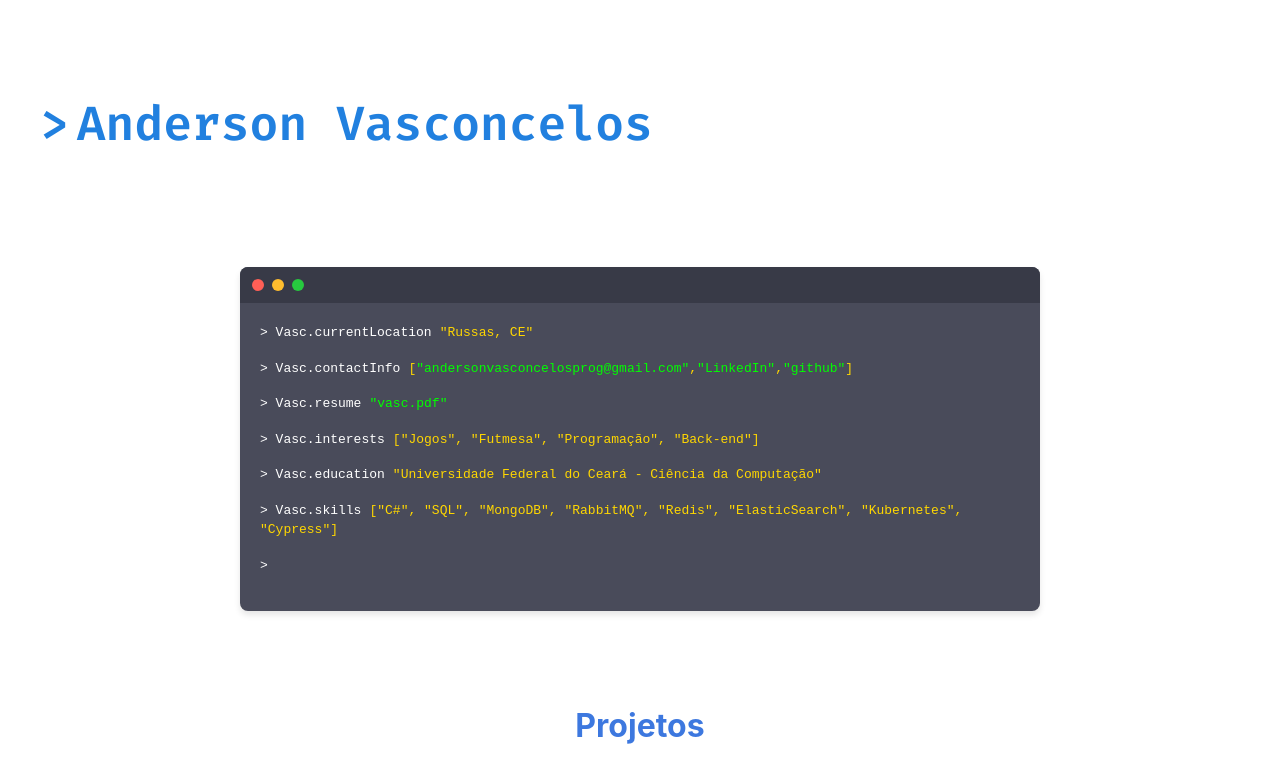
Repository: vascsx/portfolio_vascsx
Page: /
The author's editor kept a copy of each file at every save. The page is drawn from the files as they stood at one save, then again after the next save.
The browser window is 1280 px wide. The pictures show the part of the page from y = 0 to 773 px (the page is 2220 px tall before and 2201 px after).
Pictures or frames that could not be fetched are drawn as grey boxes. The project was rebuilt for these pictures with package versions that can differ from the ones it lists, and the page was loaded fresh each time.

Above is the page before, as saved 2025-03-15 15:35:34.

### src/App.tsx
import Home from './components/Home';
import Resume from './components/Resume';
import Projects from './components/Projects';
import Contact from './components/Contact';
function App() {
  return (
    <div>
     <Resume />
      <Home />
      <Projects />
      <Contact/>
    </div>
  );
}

export default App;

### src/components/Home.tsx
import React from 'react';
import './Home.css';

const Home: React.FC = () => {
  return (
    <div className="terminal">
      <div className="terminal-header">
        <div className="dots">
          <div className="dot dot-red"></div>
          <div className="dot dot-yellow"></div>
          <div className="dot dot-green"></div>
        </div>
      </div>
      <div className="terminal-content">
        <div className="command-line">
          <span className="prompt">&gt; Vasc.currentLocation</span>
          <span className="output">"Russas, CE"</span>
        </div>
        <div className="command-line">
          <span className="prompt">&gt; Vasc.contactInfo</span>
          <span className="output">
            [
              <a href="mailto:andersonvasconcelosprog@gmail.com">"andersonvasconcelosprog@gmail.com"</a>,
              <a href="https://www.linkedin.com/in/andersonvasconcelos17/" target="_blank" rel="noopener noreferrer">"LinkedIn"</a>,
              <a href="https://github.com/vascsx" target="_blank" rel="noopener noreferrer">"github"</a>
            ]
          </span>
        </div>
        <div className="command-line">
          <span className="prompt">&gt; Vasc.resume</span>
          <span className="output">
            <a href="/path/to/vasc.pdf" target="_blank" rel="noopener noreferrer">"vasc.pdf"</a>
          </span>
        </div>
        <div className="command-line">
          <span className="prompt">&gt; Vasc.interests</span>
          <span className="output">["Jogos", "Futmesa", "Programação", "Back-end"]</span>
        </div>
        <div className="command-line">
          <span className="prompt">&gt; Vasc.education</span>
          <span className="output">"Universidade Federal do Ceará - Ciência da Computação"</span>
        </div>
        <div className="command-line">
          <span className="prompt">&gt; Vasc.skills</span>
          <span className="output">["C#", "SQL", "MongoDB", "RabbitMQ", "Redis", "ElasticSearch", "Kubernetes", "Cypress"]</span>
        </div>
        <div className="command-line">
          <span className="prompt-animation">&gt;</span>
        </div>
      </div>
    </div>
  );
};

export default Home;

### src/components/Resume.tsx
import React, { useEffect, useState } from 'react';
import { Link } from 'react-scroll';
import './Resume.css';

const Resume: React.FC = () => {
  const [text, setText] = useState('');
  const fullText = 'Annderson Vasconcelos';

  useEffect(() => {
    let index = 0;
    const interval = setInterval(() => {
      if (index < fullText.length) {
        setText((prev) => prev + fullText.charAt(index));
        index += 1;
      } else {
        clearInterval(interval);
      }
    }, 100);

    return () => clearInterval(interval);
  }, []);

  return (
    <div className="resume">
      <div className="resume-header">
        <h1 className="title">
          <span className="prompt-icon">&gt;</span>
          <span>{text}</span>
        </h1>
      </div>
    </div>
  );
};

export default Resume;

### src/components/Projects.tsx
import React from 'react';
import './Projects.css';
import { ReactComponent as GitHubIcon } from '../assets/images/github-svgrepo-com.svg';

interface Project {
  id: number;
  title: string;
  technologies: string[];
  sourceCode: string;
  githubRepo: string;
  videoUrl: string;
}

const projectsData: Project[] = [
  {
    id: 1,
    title: "Portfolio Vasc",
    technologies: ["Cypress", "TypeScript"],
    sourceCode: "https://github.com/username/vascsx",
    githubRepo: "https://github.com/username/vascsx",
    videoUrl: "https://www.youtube.com/embed/dQw4w9WgXcQ"
  },
  {
    id: 2,
    title: "Login",
    technologies: ["Cypress", "TypeScript"],
    sourceCode: "https://github.com/username/vascsx",
    githubRepo: "https://github.com/username/vascsx",
    videoUrl: "https://www.youtube.com/embed/dQw4w9WgXcQ"
  },
  {
    id: 3,
    title: "API Rest",
    technologies: ["Cypress", "TypeScript"],
    sourceCode: "https://github.com/username/vascsx",
    githubRepo: "https://github.com/username/vascsx",
    videoUrl: "https://www.youtube.com/embed/dQw4w9WgXcQ"
  }
];

const ProjectCard: React.FC<{ project: Project }> = ({ project }) => {
  return (
    <div className="project-card" id="projects">
      <div className="project-info">
        <h3>{project.title}</h3>
        <p>Descrição do projeto aqui.</p>
        <div className="tech-stack">
          {project.technologies.map((tech) => (
            <span key={tech} className="tech-tag">
              {tech}
            </span>
          ))}
        </div>
        <div className="project-buttons">
          <a
            href={project.sourceCode}
            className="btn-source"
            target="_blank"
            rel="noopener noreferrer"
          >
            Web
          </a>
          <a
            href={project.githubRepo}
            className="btn-github"
            target="_blank"
            rel="noopener noreferrer"
          >
            <GitHubIcon className="github-icon" />
          </a>
        </div>
      </div>
      <div className="project-video">
        <iframe
          src={project.videoUrl}
          title={project.title}
          frameBorder="0"
          allowFullScreen
        ></iframe>
      </div>
    </div>
  );
};

const Projects: React.FC = () => {
  return (
    <section className="projects">
      <h2>Projetos</h2>
      <div className="projects-grid">
        {projectsData.map((project) => (
          <ProjectCard key={project.id} project={project} />
        ))}
      </div>
    </section>
  );
};

export default Projects;

### src/components/Contact.tsx
import React from 'react';
import githubIcon from '../assets/images/github-svgrepo-com.svg';
import linkedinIcon from '../assets/images/linkedin-svgrepo-com.svg';
import './Contact.css';

const Contact: React.FC = () => {
  return (
    <div className="contact">
      <h2>Contatos</h2>
      <div className="icons">
        <a href="https://github.com/vascsx" target="_blank" rel="noopener noreferrer">
          <img src={githubIcon} alt="ícone do github" className="icon" />
        </a>
        <a href="https://www.linkedin.com/in/andersonvasconcelos17" target="_blank" rel="noopener noreferrer">
          <img src={linkedinIcon} alt="ícone do linkedin" className="icon" />
        </a>
      </div>
      <footer className="footer">
        <p>&copy; 2025 Todos os direitos reservados</p>
      </footer>
    </div>
  );
};

export default Contact;

### src/components/Home.css
.terminal {
  background-color: #494b5a;
  border-radius: 8px;
  width: 800px;
  margin: 20px auto;
  font-family: monospace;
  box-shadow: 0 4px 6px rgba(0, 0, 0, 0.1);
}

.terminal-header {
  background-color: #383a47;
  padding: 12px;
  border-top-left-radius: 8px;
  border-top-right-radius: 8px;
}

.dots {
  display: flex;
  gap: 8px;
}

.dot {
  width: 12px;
  height: 12px;
  border-radius: 50%;
}

.dot-red {
  background-color: #ff5f56;
}

.dot-yellow {
  background-color: #ffbd2e;
}

.dot-green {
  background-color: #27c93f;
}

.terminal-content {
  padding: 20px;
  color: white;
}

.command-line {
  margin-bottom: 16px;
  line-height: 1.5;
}

.prompt {
  color: white;
  margin-right: 8px;
}

.prompt-animation {
  color: white;
  margin-right: 8px;
  animation: blink 1s infinite;
}

@keyframes blink {
  0% {
    opacity: 1;
  }
  50% {
    opacity: 0;
  }
  100% {
    opacity: 1;
  }
}

.output {
  color: #ffd700;
}

.output a {
  color: #00ff00;
  text-decoration: none;
}

.output a:hover {
  text-decoration: underline;
}

@media (max-width: 1200px) {
  .terminal {
    width: 90%;
    margin: 20px auto;
  }

  .terminal-header {
    padding: 10px;
  }

  .dots {
    gap: 6px;
  }

  .dot {
    width: 10px;
    height: 10px;
  }

  .terminal-content {
    padding: 16px;
  }
}

@media (max-width: 768px) {
  .terminal {
    width: 95%;
  }

  .terminal-header {
    padding: 8px;
  }

  .dots {
    gap: 5px;
  }

  .dot {
    width: 8px;
    height: 8px;
  }

  .terminal-content {
    padding: 12px;
  }

  .command-line {
    font-size: 0.9rem;
  }

  .prompt, .output {
    font-size: 0.9rem;
  }
}

@media (max-width: 480px) {
  .terminal {
    width: 100%;
    margin: 10px auto;
  }

  .terminal-header {
    padding: 6px;
  }

  .dots {
    gap: 4px;
  }

  .dot {
    width: 6px;
    height: 6px;
  }

  .terminal-content {
    padding: 8px;
  }

  .command-line {
    font-size: 0.85rem;
  }

  .prompt, .output {
    font-size: 0.85rem;
  }
}

### src/components/Resume.css
@import url('https://fonts.googleapis.com/css2?family=Fira+Code:wght@400;500;600&display=swap');

.resume-container {
  padding: 40px;
  max-width: 1200px;
  margin: 0 auto;
}

.resume-section {
  margin-bottom: 30px;
}

.resume-title {
  font-size: 24px;
  color: #333;
  margin-bottom: 20px;
  border-bottom: 2px solid #404040;
  padding-bottom: 10px;
}

.resume-content {
  line-height: 1.6;
}

.experience-item {
  margin-bottom: 20px;
}

.experience-title {
  font-size: 18px;
  font-weight: bold;
  color: #444;
}

.experience-company {
  color: #666;
  font-style: italic;
}

.experience-date {
  color: #888;
  font-size: 14px;
}

.experience-description {
  margin-top: 10px;
  color: #555;
}

.skills-list {
  display: flex;
  flex-wrap: wrap;
  gap: 10px;
}

.skill-item {
  background-color: #f0f0f0;
  padding: 5px 15px;
  border-radius: 15px;
  font-size: 14px;
  color: #444;
}

.resume {
  max-width: 1200px;
  margin: 0 auto;
  padding: 60px 20px;
}

.resume-header {
  margin-bottom: 24px;
}

.title {
  font-size: 48px;
  color: #2180df;
  font-family: 'Fira Code', monospace;
  display: flex;
  align-items: center;
  gap: 8px;
}

.prompt-icon {
  color: #2180df;
}

.cursor {
  width: 24px;
  height: 48px;
  background-color: #8b8eff;
  display: inline-block;
}


.description {
  font-size: 18px;
  color: #666;
  margin-bottom: 16px;
  line-height: 1.5;
}

.sub-description {
  font-size: 20px;
  color: #666;
}

.link {
  color: #8b8eff;
  text-decoration: none;
  transition: all 0.3s ease;
}

.link:hover {
  text-decoration: underline;
}

@media (max-width: 1200px) {
  .resume-container {
    padding: 30px;
  }

  .resume-title {
    font-size: 22px;
  }

  .resume-header {
    margin-bottom: 20px;
  }

  .title {
    font-size: 40px;
  }

  .description {
    font-size: 16px;
  }

  .sub-description {
    font-size: 18px;
  }

  .experience-title {
    font-size: 16px;
  }

  .experience-date {
    font-size: 13px;
  }

  .skills-list {
    gap: 8px;
  }

  .skill-item {
    font-size: 12px;
  }
}

@media (max-width: 768px) {
  .resume-container {
    padding: 20px;
  }

  .resume-title {
    font-size: 20px;
  }

  .title {
    font-size: 36px;
  }

  .description {
    font-size: 15px;
  }

  .sub-description {
    font-size: 18px;
  }

  .experience-title {
    font-size: 15px;
  }

  .experience-company {
    font-size: 13px;
  }

  .experience-date {
    font-size: 12px;
  }

  .skills-list {
    gap: 6px;
  }

  .skill-item {
    font-size: 11px;
  }
}

@media (max-width: 480px) {
  .resume-container {
    padding: 15px;
  }

  .resume-title {
    font-size: 18px;
  }

  .title {
    font-size: 32px;
  }

  .description {
    font-size: 14px;
  }

  .sub-description {
    font-size: 16px;
  }

  .experience-title {
    font-size: 14px;
  }

  .experience-company {
    font-size: 12px;
  }

  .experience-date {
    font-size: 11px;
  }

  .skills-list {
    gap: 5px;
  }

  .skill-item {
    font-size: 10px;
  }

  .link {
    font-size: 14px;
  }
}

### src/components/Projects.css
.projects {
  padding: 3rem 2rem;
  max-width: 1300px;
  margin: 0 auto;
}

.projects h2 {
  text-align: center;
  margin-bottom: 3rem;
  color: #3d78df;
  font-size: 2rem;
}

.projects-grid {
  display: grid;
  grid-template-columns: 1fr;
  gap: 2rem;
  margin: 0 auto;
  width: 100%;
}

.project-card {
  display: flex;
  flex-direction: row;
  gap: 2rem;
  border-radius: 8px;
  overflow: hidden;
  width: 100%;
  max-width: 1200px;
  box-shadow: 0 4px 10px rgba(0, 0, 0, 0.15);
  background-color: #fff;
}

.project-info {
  flex: 0 0 25%;
  padding: 1rem;
  display: flex;
  flex-direction: column;
  justify-content: flex-start;
  gap: 1.5rem;
  margin-left: 1.5rem;
  margin-top: 1rem;
}

.project-info h3 {
  margin-bottom: 1rem;
  font-size: 1.5rem;
  margin-top: 1rem;
}

.project-info p {
  margin-bottom: 1rem;
  color: #333;
}

.tech-stack {
  display: flex;
  justify-content: start;
  gap: 0.8rem;
  margin-bottom: 1.8rem;
  flex-wrap: wrap;
}

.tech-tag {
  background: rgba(255, 255, 255, 0.1);
  color: white;
  padding: 0.3rem 0.8rem;
  border-radius: 20px;
  font-size: 0.75rem;
  backdrop-filter: blur(4px);
}

.project-buttons {
  display: flex;
  gap: 1rem;
  margin-right: 1rem;
  align-items: center;
  justify-content: flex-start;
}

.btn-source {
  padding: 0.6rem 1.5rem;
  background: #3d78df;
  color: white;
  border-radius: 25px;
  text-decoration: none;
  font-size: 0.875rem;
  font-weight: 500;
  transition: all 0.2s ease;
}

.btn-source:hover {
  background: rgba(61, 120, 223, 0.9);
  transform: translateY(-2px);
}

.btn-github {
  display: inline-flex;
  align-items: center;
  padding: 0.6rem 1.5rem;
  background: #333;
  color: white;
  border-radius: 25px;
  text-decoration: none;
  font-size: 0.875rem;
  font-weight: 500;
  transition: all 0.2s ease;
}

.btn-github .github-icon {
  margin-right: 0.5rem;
  width: 20px;
  height: 20px;
}

.btn-github:hover {
  background: rgba(51, 51, 51, 0.8);
  transform: translateY(-2px);
}

.project-video {
  flex: 0 0 75%;
  width: 100%;
}

.project-video iframe {
  width: 100%;
  height: 350px;
  border-radius: 8px;
  object-fit: cover; /* Assegura que o vídeo cubra completamente a área do iframe sem distorção */
}

@media (max-width: 1024px) {
  .project-card {
    flex-direction: column;
  }

  .project-info {
    flex: 0 0 100%;
    padding: 1rem;
  }

  .project-video {
    height: 400px;
  }
}

@media (max-width: 640px) {
  .project-video {
    height: 300px;
  }

  .project-info {
    padding: 1rem;
    margin-top: 1.5rem;
  }
}

### src/components/Contact.css
/* Contact.css */
.contact {
  font-family: Arial, sans-serif;
  color: #000;
  padding: 20px;
  text-align: center;
}

.contact h2 {
  text-align: center;
  margin-bottom: 3rem;
  color: #3d78df;
  font-size: 2rem;
}



.icons {
  display: flex;
  justify-content: center;
  gap: 20px;
  margin-bottom: 20px;
}

.icons a {
  display: inline-block;
}

.icon {
  width: 40px;
  height: 40px;
  transition: transform 0.3s ease;
  animation: bounce 1.5s infinite;
}

.icon:hover {
  transform: scale(1.2);
}

@keyframes bounce {
  0%, 100% {
    transform: translateY(0);
  }
  50% {
    transform: translateY(-10px);
  }
}

.footer {
  font-size: 0.8em;
  color: #777;
  margin-top: 30px;
}

Loaded but not shown: public/index.html (common file); src/index.tsx (common file); src/index.css (common file); src/reportWebVitals.ts (common file)

After the next save:
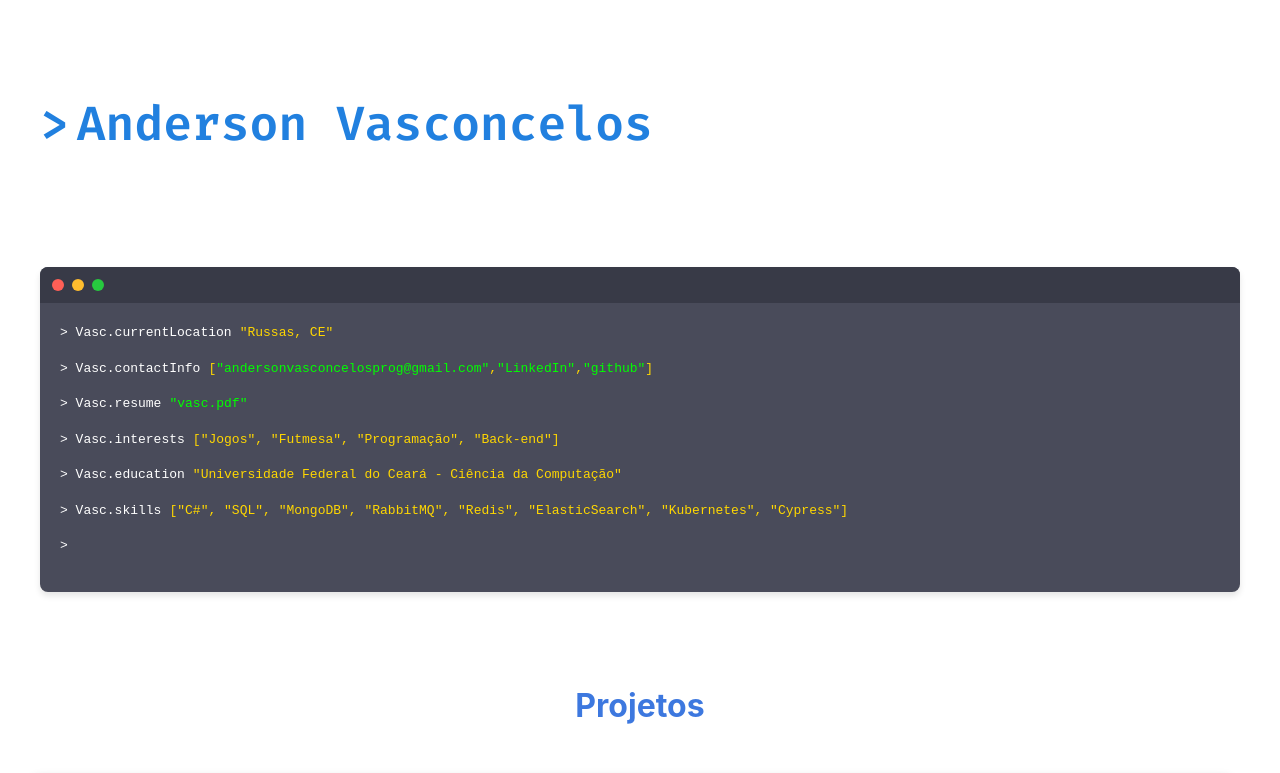
Saved 4 h 49 min later.
--- a/src/components/Home.css
+++ b/src/components/Home.css
@@ -1,7 +1,7 @@
 .terminal {
   background-color: #494b5a;
   border-radius: 8px;
-  width: 800px;
+  width: 1200px;
   margin: 20px auto;
   font-family: monospace;
   box-shadow: 0 4px 6px rgba(0, 0, 0, 0.1);
